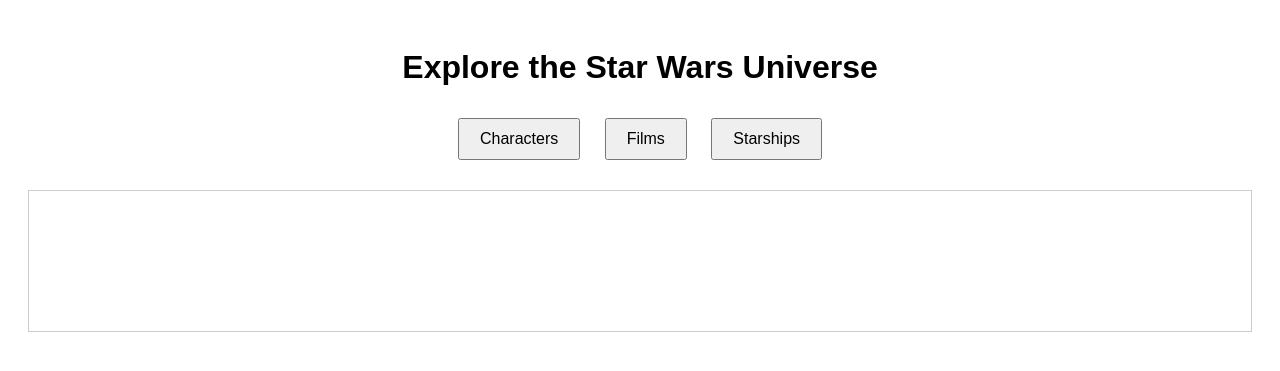
Repository: Next-Chapter-Precourse/starwars-universe
Page: index.html
The author's editor kept a copy of each file at every save. The page is drawn from the files as they stood at one save, then again after the next save.
The browser window is 1280 px wide. The pictures show the whole page.
After loading, the first visible `#starships` was clicked once.
The page's requests for data from a server got no answer.

Above is the page before, as saved 2024-05-14 23:01:10.

### index.html
<!DOCTYPE html>
<html lang="en">
<head>
    <meta charset="UTF-8">
    <title>Star Wars Data Explorer</title>
    <link rel="stylesheet" href="styles.css">
</head>
<body>
    <h1>Explore the Star Wars Universe</h1>
    <div class="buttons">
        <button id="characters">Characters</button>
        <button id="films">Films</button>
        <button id="starships">Starships</button>
    </div>
    <div id="dataDisplay"></div>

    <script src="app.js"></script>
</body>
</html>

### styles.css
body {
    font-family: Arial, sans-serif;
    text-align: center;
    padding: 20px;
}

.buttons button {
    margin: 10px;
    padding: 10px 20px;
    font-size: 16px;
    cursor: pointer;
}

#dataDisplay {
    margin-top: 20px;
    padding: 20px;
    border: 1px solid #ccc;
    min-height: 100px;
}

### app.js
// Grab each button and add click event.
// When clicked the fetchData should be called to retrieve the data for that specific catagory.
document.getElementById("characters").addEventListener("click", function () {
  fetchData("people");
});

document.getElementById("films").addEventListener("click", function () {
  fetchData("films");
});

document.getElementById("starships").addEventListener("click", function () {
  // TODO: Fetch the data for the starships category.
});

async function fetchData(category) {
  // TODO: Visit the SWAPI documentation: https://swapi.dev/documentation and find the baseUrl.
  const baseUrl = "BASE_URL_HERE";
  const url = `${baseUrl}${category}/`;

  try {
    // TODO: Use url and fetch or axio to get the data from SWAPI. Set this data to called response.

    // Error Handling: If the response is not ok then we throw an error otherwise we continue
    if (!response.ok) {
      throw new Error("Network response was not ok");
    }

    // TODO: Next we need create a variable called 'data' and set this to be the parsed JSON data.
    // We can use the .json method on our reponse object to parse our incoming data.
    displayData(data.results);
  } catch (error) { // Error handling
    // sends any errors to the console
    console.error("Fetch failed:", error);
    // Displays error message on page when there is a error getting data.
    document.getElementById("dataDisplay").innerText = "Failed to load data";
  }
}

function displayData(data) {
  const display = document.getElementById("dataDisplay");
  display.innerHTML = ""; // Clear previous data

  data.forEach((item) => {
    const card = document.createElement("div");
    card.className = "card";

    const cardBody = document.createElement("div");
    cardBody.className = "card-body";

    // Create a title element, choose title based on available data
    const title = document.createElement("h5");
    title.className = "card-title";
    title.textContent = item.name || item.title; // Adjust based on data type (character name, film title, etc.)
    cardBody.appendChild(title);

    // Optionally, add more details to the card
    const details = document.createElement("p");
    details.className = "card-text";
    details.textContent = `Additional details here...`; // Customize this line based on what data you want to show
    cardBody.appendChild(details);

    card.appendChild(cardBody);
    display.appendChild(card);
  });
}

After the next save:
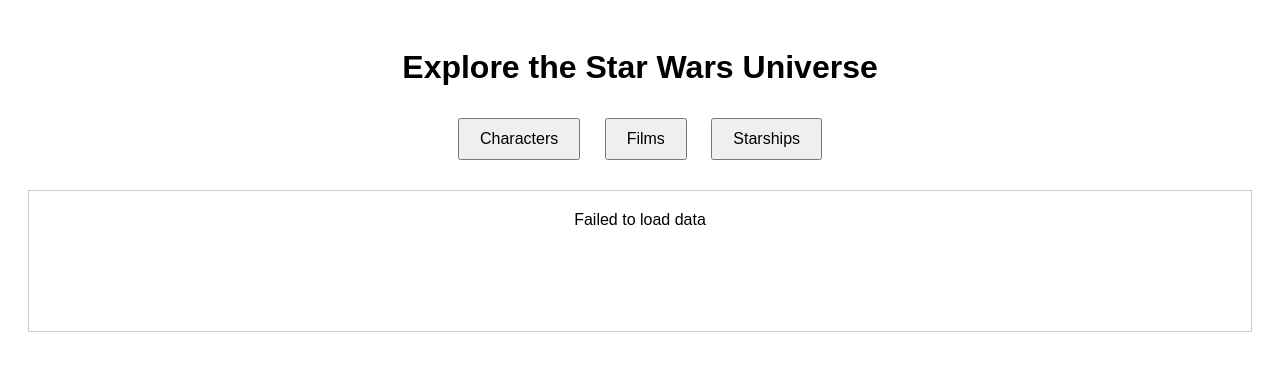
Saved 46 h 15 min later.
--- a/app.js
+++ b/app.js
@@ -1,5 +1,5 @@
 // Grab each button and add click event.
-// When clicked the fetchData should be called to retrieve the data for that specific catagory.
+// When clicked the fetchData should be called to retrieve the data for that specific category.
 document.getElementById("characters").addEventListener("click", function () {
   fetchData("people");
 });
@@ -9,34 +9,29 @@
 });
 
 document.getElementById("starships").addEventListener("click", function () {
-  // TODO: Fetch the data for the starships category.
+  fetchData("starships");
 });
 
 async function fetchData(category) {
-  // TODO: Visit the SWAPI documentation: https://swapi.dev/documentation and find the baseUrl.
-  const baseUrl = "BASE_URL_HERE";
+  const baseUrl = "https://swapi.dev/api/";
   const url = `${baseUrl}${category}/`;
 
   try {
-    // TODO: Use url and fetch or axio to get the data from SWAPI. Set this data to called response.
+    const response = await fetch(url);
 
-    // Error Handling: If the response is not ok then we throw an error otherwise we continue
     if (!response.ok) {
       throw new Error("Network response was not ok");
     }
 
-    // TODO: Next we need create a variable called 'data' and set this to be the parsed JSON data.
-    // We can use the .json method on our reponse object to parse our incoming data.
-    displayData(data.results);
-  } catch (error) { // Error handling
-    // sends any errors to the console
+    const data = await response.json();
+    displayData(data.results, category);
+  } catch (error) {
     console.error("Fetch failed:", error);
-    // Displays error message on page when there is a error getting data.
     document.getElementById("dataDisplay").innerText = "Failed to load data";
   }
 }
 
-function displayData(data) {
+function displayData(data, category) {
   const display = document.getElementById("dataDisplay");
   display.innerHTML = ""; // Clear previous data
 
@@ -47,16 +42,20 @@
     const cardBody = document.createElement("div");
     cardBody.className = "card-body";
 
-    // Create a title element, choose title based on available data
     const title = document.createElement("h5");
     title.className = "card-title";
-    title.textContent = item.name || item.title; // Adjust based on data type (character name, film title, etc.)
+    title.textContent = item.name || item.title;
     cardBody.appendChild(title);
 
-    // Optionally, add more details to the card
     const details = document.createElement("p");
     details.className = "card-text";
-    details.textContent = `Additional details here...`; // Customize this line based on what data you want to show
+    if (category === "people") {
+      details.textContent = `Height: ${item.height}, Mass: ${item.mass}`;
+    } else if (category === "films") {
+      details.textContent = `Director: ${item.director}, Release Date: ${item.release_date}`;
+    } else if (category === "starships") {
+      details.textContent = `Model: ${item.model}, Manufacturer: ${item.manufacturer}`;
+    }
     cardBody.appendChild(details);
 
     card.appendChild(cardBody);
